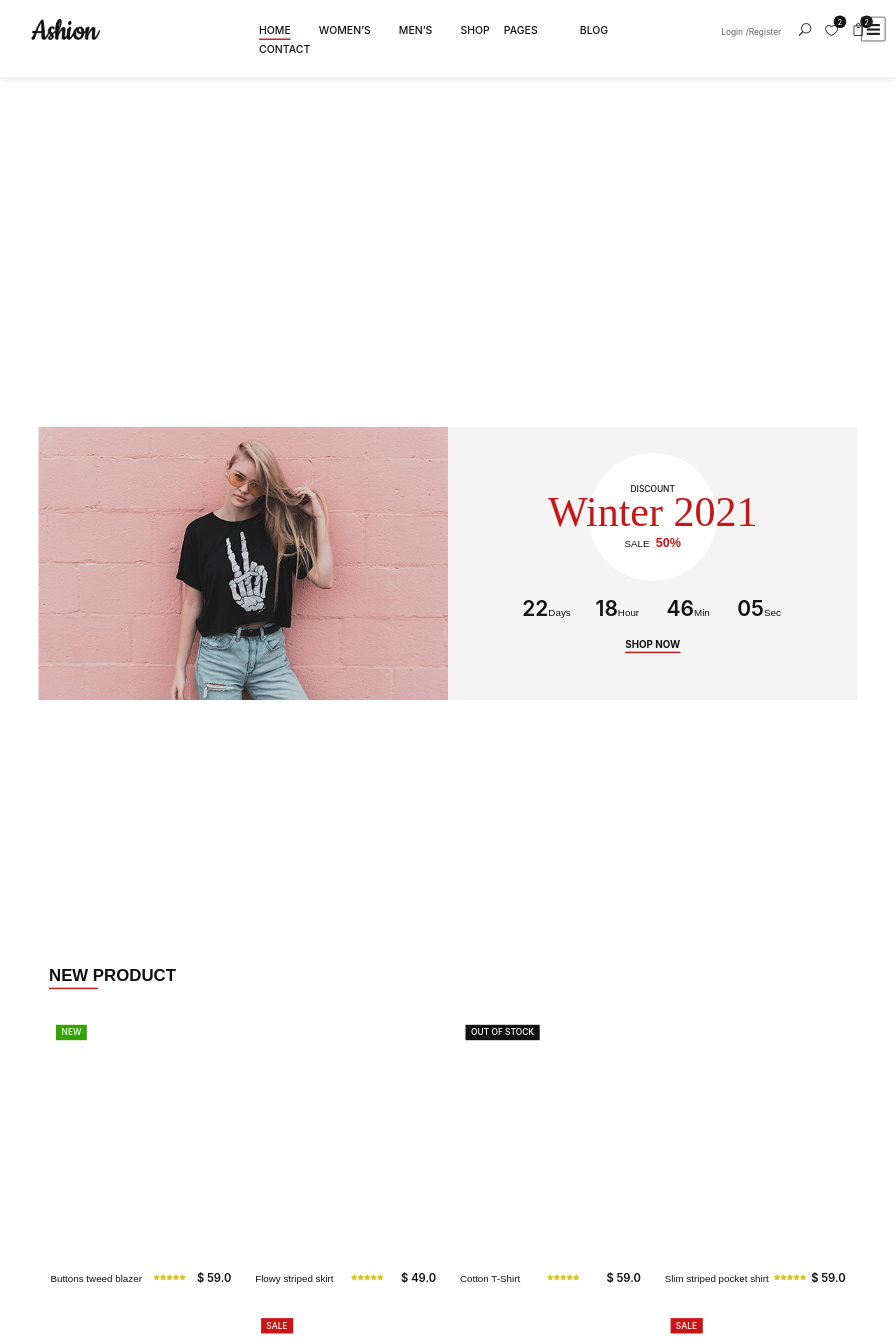
Repository: banchiec/shopping-fashion
Page: /
These files come from the project's save history. The page is drawn as it stood at one moment and after the next save; the edit follows.
The browser window is 1280 px wide. The pictures show the part of the page from y = 0 to 1920 px (the page is 2749 px tall before and 2249 px after), at 70% of full size.
The project was rebuilt for these pictures with package versions that can differ from the ones it lists, and the page was loaded fresh each time. Also part of the build but not shown: src/App.css, src/pages/Shop/Shop.js.

Above is the page before, as saved 2023-07-15 01:14:35.

### public/index.html
<!DOCTYPE html>
<html lang="en">
	<head>
		<meta charset="utf-8" />
		<link rel="icon" href="%PUBLIC_URL%/favicon.ico" />
		<meta name="viewport" content="width=device-width, initial-scale=1" />
		<meta name="theme-color" content="#000000" />
		<meta name="description" content="Web site created using create-react-app" />
		<link rel="apple-touch-icon" href="%PUBLIC_URL%/logo192.png" />
		<!--
      manifest.json provides metadata used when your web app is installed on a
      user's mobile device or desktop. See https://developers.google.com/web/fundamentals/web-app-manifest/
    -->
		<link rel="manifest" href="%PUBLIC_URL%/manifest.json" />
		<!--
      Notice the use of %PUBLIC_URL% in the tags above.
      It will be replaced with the URL of the `public` folder during the build.
      Only files inside the `public` folder can be referenced from the HTML.

      Unlike "/favicon.ico" or "favicon.ico", "%PUBLIC_URL%/favicon.ico" will
      work correctly both with client-side routing and a non-root public URL.
      Learn how to configure a non-root public URL by running `npm run build`.
    -->
		<title>React App</title>
		<link rel="stylesheet" href="assets/css/bootstrap.min.css" type="text/css" />
		<link rel="stylesheet" href="assets/css/font-awesome.min.css" type="text/css" />
		<link rel="stylesheet" href="assets/css/elegant-icons.css" type="text/css" />
		<link rel="stylesheet" href="assets/css/jquery-ui.min.css" type="text/css" />
		<link rel="stylesheet" href="assets/css/magnific-popup.css" type="text/css" />
		<link rel="stylesheet" href="assets/css/owl.carousel.min.css" type="text/css" />
		<link rel="stylesheet" href="assets/css/slicknav.min.css" type="text/css" />
		<link rel="stylesheet" href="assets/css/style.css" type="text/css" />
		<!-- Custom Scripts for this template -->
		<script src="assets/js/jquery-3.3.1.min.js"></script>
		<script src="assets/js/bootstrap.min.js"></script>
		<script src="assets/js/jquery.magnific-popup.min.js"></script>
		<script src="assets/js/jquery-ui.min.js"></script>
		<script src="assets/js/mixitup.min.js"></script>
		<script src="assets/js/jquery.slicknav.js"></script>
		<script src="assets/js/owl.carousel.min.js"></script>
		<script src="assets/js/jquery.nicescroll.min.js"></script>
		<script src="assets/js/main.js"></script>
	</head>
	<body>
		<noscript>You need to enable JavaScript to run this app.</noscript>
		<div id="root"></div>
		<!--
      This HTML file is a template.
      If you open it directly in the browser, you will see an empty page.

      You can add webfonts, meta tags, or analytics to this file.
      The build step will place the bundled scripts into the <body> tag.

      To begin the development, run `npm start` or `yarn start`.
      To create a production bundle, use `npm run build` or `yarn build`.
    -->
	</body>
</html>

### src/components/Header/styles/headerStyles.css
.header {
	background: #ffffff;
	-webkit-box-shadow: 0px 5px 10px rgba(91, 91, 91, 0.1);
	box-shadow: 0px 5px 10px rgba(91, 91, 91, 0.1);
}

.header__logo {
	padding: 26px 0;
}

.header__logo a {
	display: inline-block;
}

.header__menu {
	padding: 30px 0 27px;
}

.header__menu ul li {
	list-style: none;
	display: inline-block;
	margin-right: 40px;
	position: relative;
}

.header__menu ul li.active a:after {
	-webkit-transform: scale(1);
	-ms-transform: scale(1);
	transform: scale(1);
}

.header__menu ul li:hover a:after {
	-webkit-transform: scale(1);
	-ms-transform: scale(1);
	transform: scale(1);
}

.header__menu ul li:hover .dropdown {
	top: 27px;
	opacity: 1;
	visibility: visible;
}

.header__menu ul li:last-child {
	margin-right: 0;
}

.header__menu ul li .dropdown {
	position: absolute;
	left: 0;
	top: 56px;
	width: 150px;
	background: #111111;
	text-align: left;
	padding: 2px 0;
	z-index: 9;
	opacity: 0;
	visibility: hidden;
	-webkit-transition: all, 0.3s;
	-o-transition: all, 0.3s;
	transition: all, 0.3s;
}

.header__menu ul li .dropdown li {
	display: block;
	margin-right: 0;
}

.header__menu ul a {
	padding: 8px 20px;
}

.header__menu ul li .dropdown li a {
	font-size: 14px;
	color: #ffffff;
	font-weight: 400;
	padding: 8px 20px;
	text-transform: capitalize;
}

.header__menu ul li .dropdown li a:after {
	display: none;
}

.header__menu ul li a {
	font-size: 15px;
	text-transform: uppercase;
	color: #111111;
	font-weight: 500;
	display: block;
	padding: 2px 0;
	position: relative;
}

.header__menu ul li a:after {
	position: absolute;
	left: 0;
	bottom: 0;
	width: 100%;
	height: 2px;
	background: #ca1515;
	content: '';
	-webkit-transition: all, 0.5s;
	-o-transition: all, 0.5s;
	transition: all, 0.5s;
	-webkit-transform: scale(0);
	-ms-transform: scale(0);
	transform: scale(0);
}

.header__right {
	text-align: right;
	padding: 30px 0 27px;
}

.header__right__auth {
	display: inline-block;
	margin-right: 25px;
}

.header__right__auth a {
	font-size: 12px;
	color: #666666;
	position: relative;
	margin-right: 8px;
}

.header__right__auth a:last-child {
	margin-right: 0;
}

.header__right__auth a:last-child:after {
	display: none;
}

.header__right__auth a:after {
	position: absolute;
	right: -8px;
	top: -2px;
	content: '/';
	font-size: 13px;
}

.header__right__widget {
	display: inline-block;
}

.header__right__widget li {
	list-style: none;
	display: inline-block;
	font-size: 18px;
	color: #111111;
	margin-right: 20px;
	cursor: pointer;
}

.header__right__widget li:last-child {
	margin-right: 0;
}

.header__right__widget li a {
	font-size: 18px;
	color: #111111;
	position: relative;
}

.header__right__widget li a .tip {
	position: absolute;
	right: -12px;
	top: -11px;
	height: 18px;
	width: 18px;
	background: #111111;
	font-size: 10px;
	font-weight: 500;
	color: #ffffff;
	line-height: 18px;
	text-align: center;
	border-radius: 50%;
}

.offcanvas-menu-wrapper {
	display: none;
}

.canvas__open {
	display: none;
}
.canvas__open {
	display: block;
	font-size: 22px;
	color: #222;
	height: 35px;
	width: 35px;
	line-height: 35px;
	text-align: center;
	border: 1px solid #323232;
	border-radius: 2px;
	cursor: pointer;
	position: absolute;
	right: 15px;
	top: 24px;
}
@media only screen and (max-width: 767px) {
	.canvas__open {
		display: block;
		font-size: 22px;
		color: #222;
		height: 35px;
		width: 35px;
		line-height: 35px;
		text-align: center;
		border: 1px solid #323232;
		border-radius: 2px;
		cursor: pointer;
		position: absolute;
		right: 15px;
		top: 24px;
	}
}

### src/components/CarouselSection/Carousel.jsx
const CarouselSection = (props) => {
	return (
		<section className="banner">
			<div className="container">
				<div className="row">
					<div className="col-xl-7 col-lg-8 m-auto">
						<div className="banner__slider owl-carousel">
							<div className="banner__item">
								<div className="banner__text">
									<span>The Chloe Collection</span>
									<h1>The Project Jacket</h1>
									<a href="#">Shop now</a>
								</div>
							</div>
							<div className="banner__item">
								<div className="banner__text">
									<span>The Chloe Collection</span>
									<img src="assets/img/banner/banner-1.jpg" alt="banner" />
									<h1>The Project Jacket </h1>
									<a href="#">Shop now</a>
								</div>
							</div>
							<div className="banner__item">
								<div className="banner__text">
									<span>The Chloe Collection</span>
									<h1>The Project Jacket</h1>
									<a href="#">Shop now</a>
								</div>
							</div>
						</div>
					</div>
				</div>
			</div>
		</section>
	)
}

export default CarouselSection

### src/components/DiscountsSection/DiscountsBanner.jsx
const DiscountsBanner = () => {
	return (
		<>
			<section className="discount">
				<div className="container">
					<div className="row">
						<div className="col-lg-6 p-0">
							<div className="discount__pic">
								<img src="assets/img/discount.jpg" alt="" />
							</div>
						</div>
						<div className="col-lg-6 p-0">
							<div className="discount__text">
								<div className="discount__text__title">
									<span>Discount</span>
									<h2>Winter 2021</h2>
									<h5>
										<span>Sale</span> 50%
									</h5>
								</div>
								<div className="discount__countdown" id="countdown-time">
									<div className="countdown__item">
										<span>22</span>
										<p>Days</p>
									</div>
									<div className="countdown__item">
										<span>18</span>
										<p>Hour</p>
									</div>
									<div className="countdown__item">
										<span>46</span>
										<p>Min</p>
									</div>
									<div className="countdown__item">
										<span>05</span>
										<p>Sec</p>
									</div>
								</div>
								<a href="#">Shop now</a>
							</div>
						</div>
					</div>
				</div>
			</section>
		</>
	)
}
export default DiscountsBanner

### src/components/SocialSection/SocialSection.jsx
const SocialSection = () => {
	return (
		<>
			<div className="instagram">
				<div className="container-fluid">
					<div className="row">
						<div className="col-lg-2 col-md-4 col-sm-4 p-0">
							<div
								className="instagram__item set-bg"
								data-setbg="assets/img/instagram/insta-1.jpg"
							>
								<div className="instagram__text">
									<i className="fa fa-instagram"></i>
									<a href="#">@ ashion_shop</a>
								</div>
							</div>
						</div>
						<div className="col-lg-2 col-md-4 col-sm-4 p-0">
							<div
								className="instagram__item set-bg"
								data-setbg="assets/img/instagram/insta-2.jpg"
							>
								<div className="instagram__text">
									<i className="fa fa-instagram"></i>
									<a href="#">@ ashion_shop</a>
								</div>
							</div>
						</div>
						<div className="col-lg-2 col-md-4 col-sm-4 p-0">
							<div
								className="instagram__item set-bg"
								data-setbg="assets/img/instagram/insta-3.jpg"
							>
								<div className="instagram__text">
									<i className="fa fa-instagram"></i>
									<a href="#">@ ashion_shop</a>
								</div>
							</div>
						</div>
						<div className="col-lg-2 col-md-4 col-sm-4 p-0">
							<div
								className="instagram__item set-bg"
								data-setbg="assets/img/instagram/insta-4.jpg"
							>
								<div className="instagram__text">
									<i className="fa fa-instagram"></i>
									<a href="#">@ ashion_shop</a>
								</div>
							</div>
						</div>
						<div className="col-lg-2 col-md-4 col-sm-4 p-0">
							<div
								className="instagram__item set-bg"
								data-setbg="assets/img/instagram/insta-5.jpg"
							>
								<div className="instagram__text">
									<i className="fa fa-instagram"></i>
									<a href="#">@ ashion_shop</a>
								</div>
							</div>
						</div>
						<div className="col-lg-2 col-md-4 col-sm-4 p-0">
							<div
								className="instagram__item set-bg"
								data-setbg="assets/img/instagram/insta-6.jpg"
							>
								<div className="instagram__text">
									<i className="fa fa-instagram"></i>
									<a href="#">@ ashion_shop</a>
								</div>
							</div>
						</div>
					</div>
				</div>
			</div>
		</>
	)
}
export default SocialSection

### src/components/Footer/footer.jsx
const Footer = () => {
	return (
		<>
			<footer className="footer">
				<div className="container">
					<div className="row">
						<div className="col-lg-4 col-md-6 col-sm-7">
							<div className="footer__about">
								<div className="footer__logo">
									<a href="#">
										<img src="assets/img/logo.png" alt="" />
									</a>
								</div>
								<p>
									Lorem ipsum dolor sit amet, consectetur adipiscing elit, sed do eiusmod
									tempor incididunt cilisis.
								</p>
								<div className="footer__payment">
									<a href="#">
										<img src="assets/img/payment/payment-1.png" alt="" />
									</a>
									<a href="#">
										<img src="assets/img/payment/payment-2.png" alt="" />
									</a>
									<a href="#">
										<img src="assets/img/payment/payment-3.png" alt="" />
									</a>
									<a href="#">
										<img src="assets/img/payment/payment-4.png" alt="" />
									</a>
									<a href="#">
										<img src="assets/img/payment/payment-5.png" alt="" />
									</a>
								</div>
							</div>
						</div>
						<div className="col-lg-2 col-md-3 col-sm-5">
							<div className="footer__widget">
								<h6>Quick links</h6>
								<ul>
									<li>
										<a href="#">About</a>
									</li>
									<li>
										<a href="#">Blogs</a>
									</li>
									<li>
										<a href="#">Contact</a>
									</li>
									<li>
										<a href="#">FAQ</a>
									</li>
								</ul>
							</div>
						</div>
						<div className="col-lg-2 col-md-3 col-sm-4">
							<div className="footer__widget">
								<h6>Account</h6>
								<ul>
									<li>
										<a href="#">My Account</a>
									</li>
									<li>
										<a href="#">Orders Tracking</a>
									</li>
									<li>
										<a href="#">Checkout</a>
									</li>
									<li>
										<a href="#">Wishlist</a>
									</li>
								</ul>
							</div>
						</div>
						<div className="col-lg-4 col-md-8 col-sm-8">
							<div className="footer__newslatter">
								<h6>NEWSLETTER</h6>
								<form action="#">
									<input type="text" placeholder="Email" />
									<button type="submit" className="site-btn">
										Subscribe
									</button>
								</form>
								<div className="footer__social">
									<a href="#">
										<i className="fa fa-facebook"></i>
									</a>
									<a href="#">
										<i className="fa fa-twitter"></i>
									</a>
									<a href="#">
										<i className="fa fa-youtube-play"></i>
									</a>
									<a href="#">
										<i className="fa fa-instagram"></i>
									</a>
									<a href="#">
										<i className="fa fa-pinterest"></i>
									</a>
								</div>
							</div>
						</div>
					</div>
					<div className="row">
						<div className="col-lg-12">
							<div className="footer__copyright__text">
								<p>
									Copyright &copy;{' '}
									<script>document.write(new Date().getFullYear());</script> All rights
									reserved | This template is made with{' '}
									<i className="fa fa-heart" aria-hidden="true"></i> by{' '}
									<a href="#" target="_blank">
										Heart
									</a>
								</p>
							</div>
						</div>
					</div>
				</div>
			</footer>
		</>
	)
}

export default Footer

Loaded but not shown: src/index.css (common file); public/assets/css/bootstrap.min.css (library); public/assets/css/font-awesome.min.css (library); public/assets/css/elegant-icons.css (library); public/assets/css/jquery-ui.min.css (library); public/assets/css/magnific-popup.css (library); public/assets/css/owl.carousel.min.css (library); public/assets/css/slicknav.min.css (common file); public/assets/js/jquery-3.3.1.min.js (library); public/assets/js/bootstrap.min.js (library); public/assets/js/jquery.magnific-popup.min.js (library); public/assets/js/jquery-ui.min.js (library); public/assets/js/mixitup.min.js (library); public/assets/js/jquery.slicknav.js (library); public/assets/js/owl.carousel.min.js (library); public/assets/js/jquery.nicescroll.min.js (library); public/assets/js/main.js (225 lines, source omitted); src/components/Header/Header.js (115 lines, source omitted); src/redux/reducers/auth/authSessionReducers.js (73 lines, source omitted); src/components/Header/libs/MenuWrapper.js (41 lines, source omitted); src/redux/reducers/auth/authLoginReducers.js (54 lines, source omitted); src/redux/reducers/auth/authSignupReducers.js (37 lines, source omitted); src/routes.js (28 lines, source omitted); src/pages/Home/Home.js (18 lines, source omitted); src/App.js (19 lines, source omitted); src/redux/reducers/index.js (10 lines, source omitted); src/redux/constants/auth/authLoginConstants.js (10 lines, source omitted); src/redux/constants/auth/authSessionConstants.js (6 lines, source omitted); src/index.js (13 lines, source omitted); src/redux/store.js (6 lines, source omitted); src/redux/constants/auth/authSignupConstants.js (3 lines, source omitted); src/components/DiscountsSection/index.js (2 lines, source omitted); src/components/SocialSection/index.js (2 lines, source omitted); src/components/CarouselSection/index.js (2 lines, source omitted); src/components/SmallShop/index.js (2 lines, source omitted); src/components/Header/index.js (2 lines, source omitted); src/components/Footer/index.js (2 lines, source omitted); public/assets/css/style.css (3680 lines, source omitted); src/components/SmallShop/SmallShop.jsx (341 lines, source omitted)

After the next save:
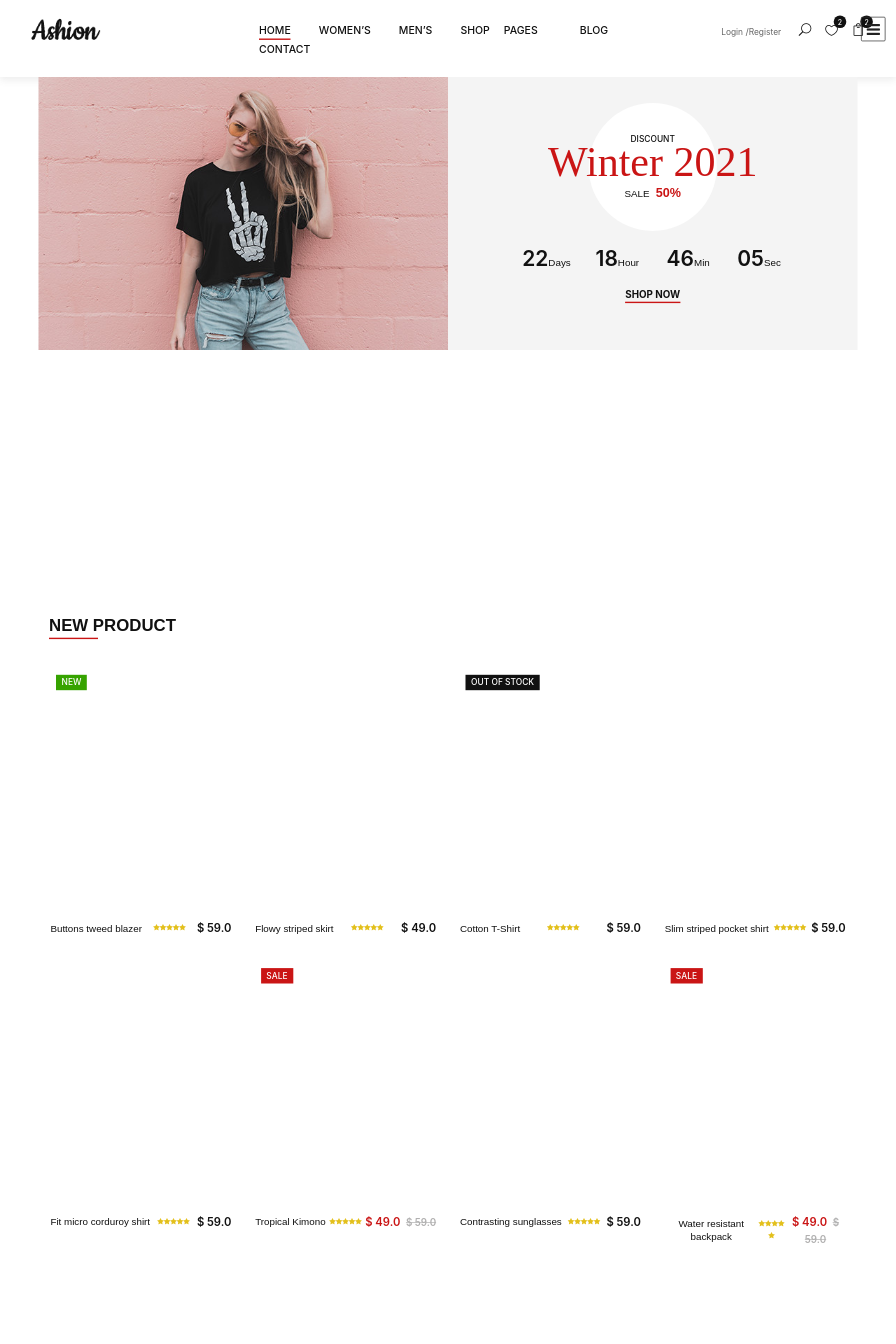
Saved 10 s later.
--- a/src/components/CarouselSection/Carousel.jsx
+++ b/src/components/CarouselSection/Carousel.jsx
@@ -1,37 +1,37 @@
 const CarouselSection = (props) => {
 	return (
-		<section className="banner">
-			<div className="container">
-				<div className="row">
-					<div className="col-xl-7 col-lg-8 m-auto">
-						<div className="banner__slider owl-carousel">
-							<div className="banner__item">
-								<div className="banner__text">
-									<span>The Chloe Collection</span>
-									<h1>The Project Jacket</h1>
-									<a href="#">Shop now</a>
-								</div>
+		// <section className="banner">
+		<div className="container">
+			<div className="row">
+				<div className="col-xl-7 col-lg-8 m-auto">
+					<div className="banner__slider owl-carousel">
+						<div className="banner__item">
+							<div className="banner__text">
+								<span>The Chloe Collection</span>
+								<h1>The Project Jacket</h1>
+								<a href="#">Shop now</a>
 							</div>
-							<div className="banner__item">
-								<div className="banner__text">
-									<span>The Chloe Collection</span>
-									<img src="assets/img/banner/banner-1.jpg" alt="banner" />
-									<h1>The Project Jacket </h1>
-									<a href="#">Shop now</a>
-								</div>
+						</div>
+						<div className="banner__item">
+							<div className="banner__text">
+								<span>The Chloe Collection</span>
+								<img src="assets/img/banner/banner-1.jpg" alt="banner" />
+								<h1>The Project Jacket </h1>
+								<a href="#">Shop now</a>
 							</div>
-							<div className="banner__item">
-								<div className="banner__text">
-									<span>The Chloe Collection</span>
-									<h1>The Project Jacket</h1>
-									<a href="#">Shop now</a>
-								</div>
+						</div>
+						<div className="banner__item">
+							<div className="banner__text">
+								<span>The Chloe Collection</span>
+								<h1>The Project Jacket</h1>
+								<a href="#">Shop now</a>
 							</div>
 						</div>
 					</div>
 				</div>
 			</div>
-		</section>
+		</div>
+		// </section>
 	)
 }
 
